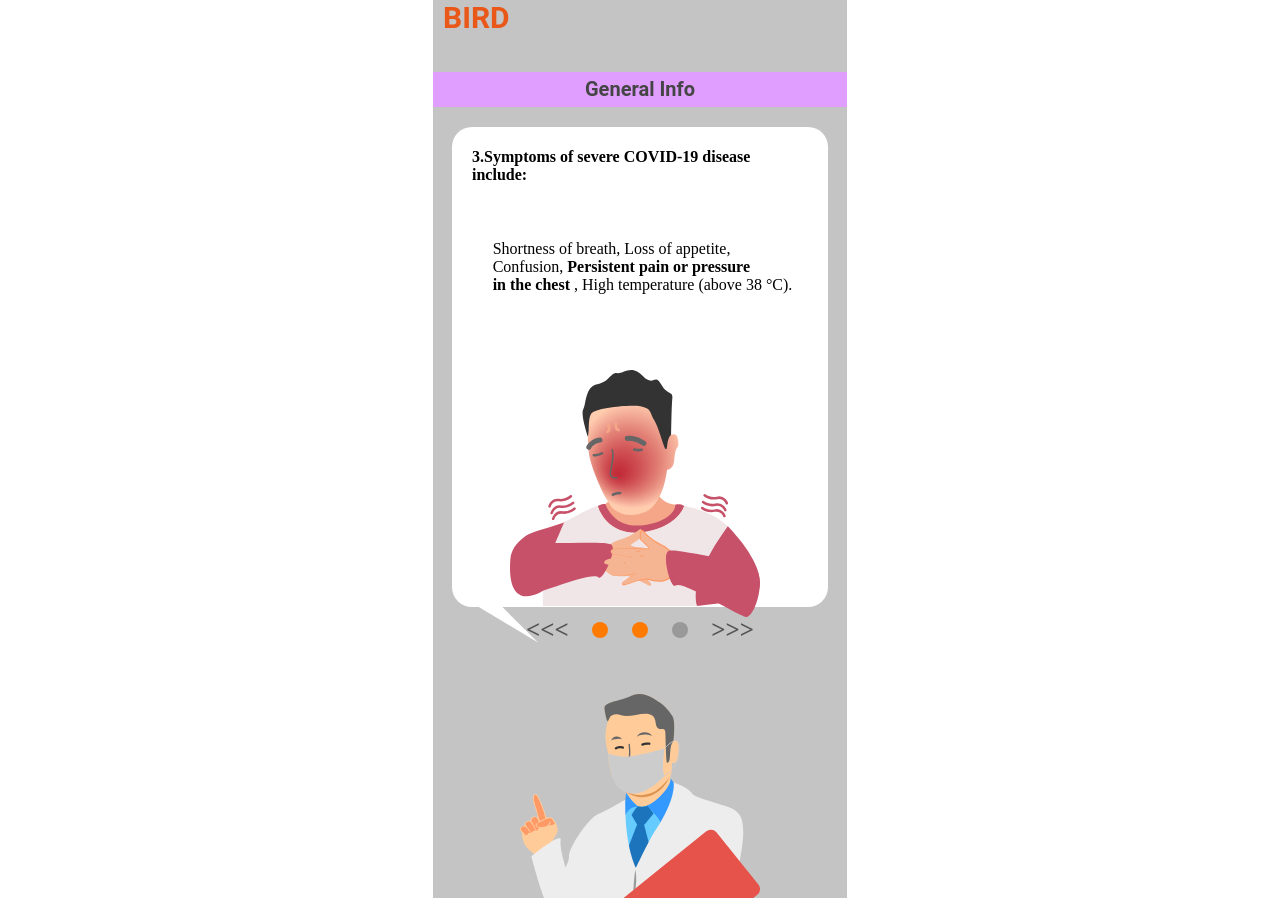
Repository: Levic559/BIRD
Page: General_info-3/3.html
An editor plug-in stored every save of this project. The page is shown before and after the next save, followed by the edit.
The browser window is 1280 px wide. The pictures show the whole page.

Above is the page before, as saved 2021-03-11 01:27:40.

After the next save:
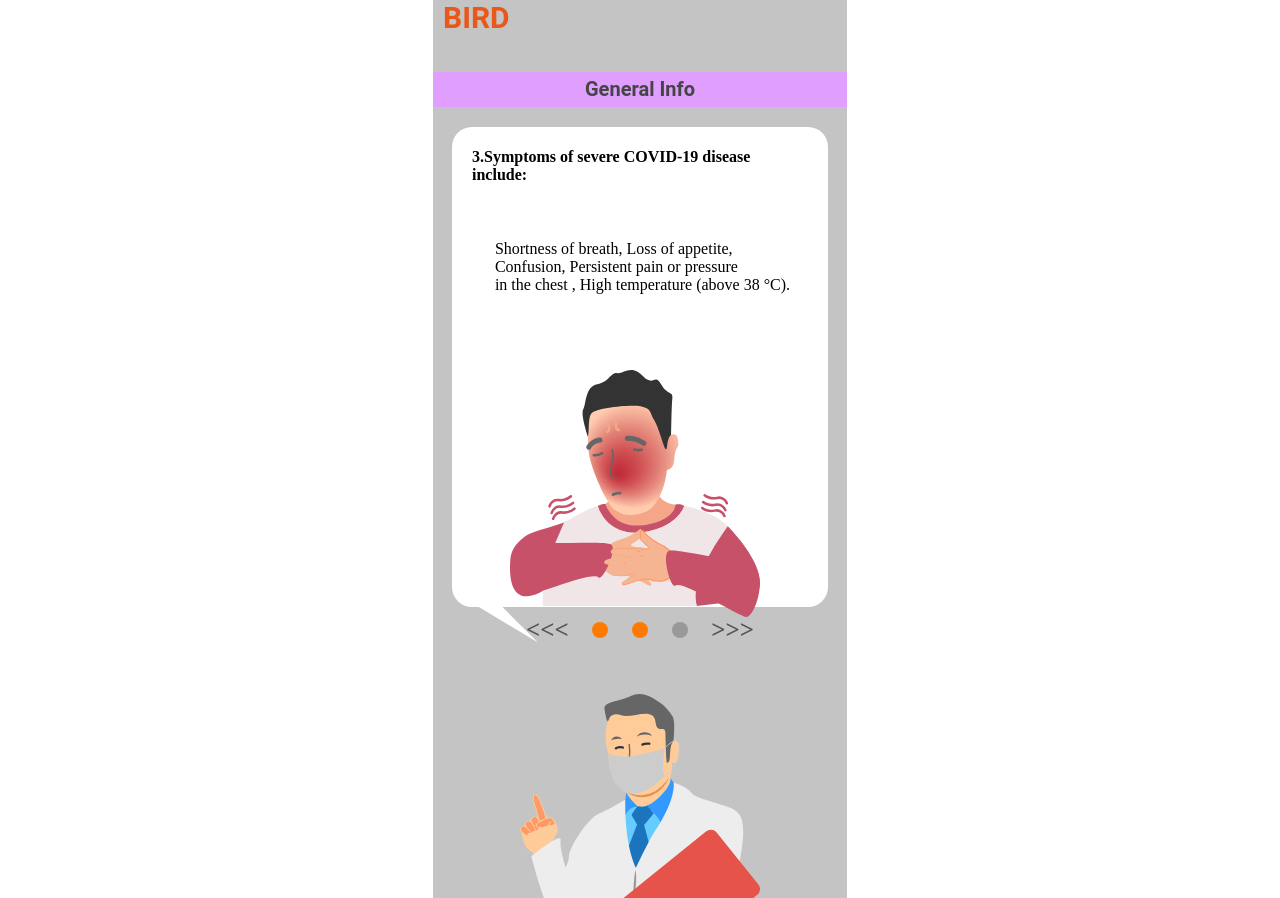
Saved 4 s later.
--- a/General_info-3/3.html
+++ b/General_info-3/3.html
@@ -19,7 +19,7 @@
         <p class="infographicText2"><br>Shortness of breath,
           Loss of appetite,
           <br>Confusion,
-         <b>Persistent pain or pressure<br> in the chest</b> ,
+         Persistent pain or pressure<br> in the chest</b> ,
           High temperature (above 38 °C).
         </p>
         <div class="infographicImg11">
